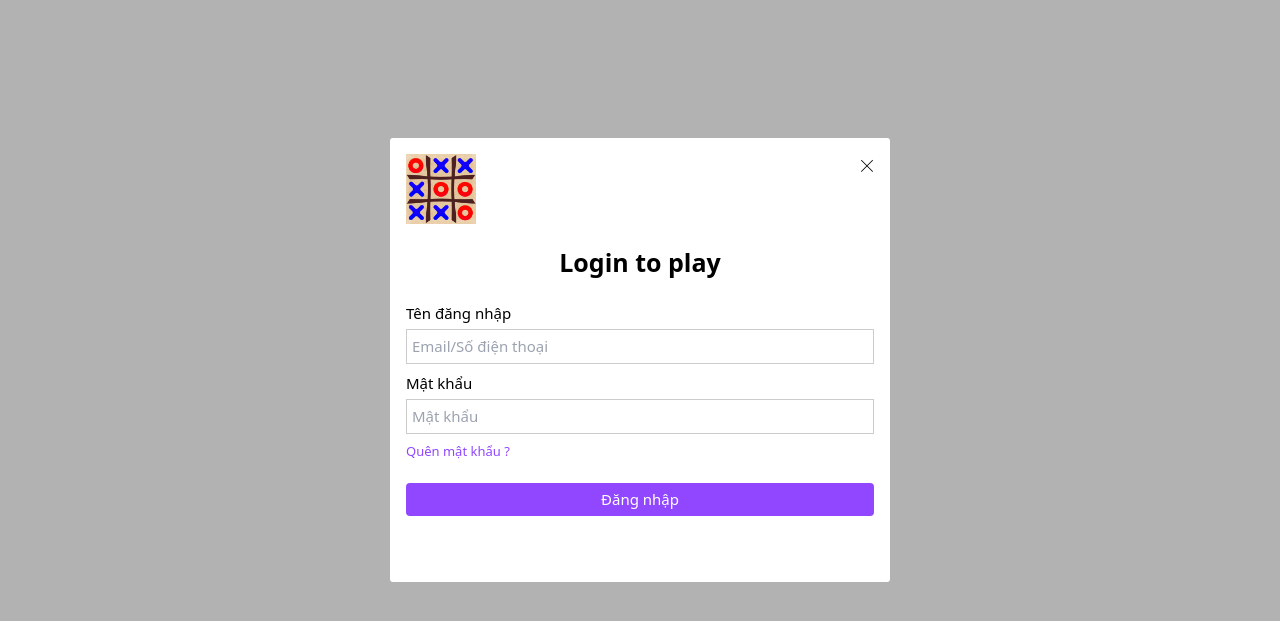
Repository: Teddy1705/demo_pj
Page: /
An editor plug-in stored every save of this project. The page is shown before and after the next save, followed by the edit.
The browser window is 1280 px wide. The pictures show the whole page.
The project was rebuilt for these pictures with package versions that can differ from the ones it lists, and the page was loaded fresh each time. Also part of the build but not shown: vite.config.js.

Above is the page before, as saved 2024-04-16 11:16:26.

### index.html
<!DOCTYPE html>
<html lang="en">
  <head>
    <meta charset="UTF-8" />
    <link rel="icon" type="image/svg+xml" href="/vite.svg" />
    <meta name="viewport" content="width=device-width, initial-scale=1.0" />
    <title>Tic Tac Toe</title>
    <link rel="stylesheet" href="./src/index.css" />
    <link
      rel="stylesheet"
      href="./src/assets/themify-icons/themify-icons.css"
    />
  </head>
  <body>
    <div id="root"></div>
    <script type="module" src="/src/main.jsx"></script>
  </body>
</html>

### src/index.css
:root {
  --white-color: #fff;
  --black-color: #000;
}

/*
1. Prevent padding and border from affecting element width. (https://github.com/mozdevs/cssremedy/issues/4)
2. Allow adding a border to an element by just adding a border-width. (https://github.com/tailwindcss/tailwindcss/pull/116)
*/

*,
::before,
::after {
  box-sizing: border-box;
  /* 1 */
  border-width: 0;
  /* 2 */
  border-style: solid;
  /* 2 */
  border-color: #e5e7eb;
  /* 2 */
}

::before,
::after {
  --tw-content: "";
}

/*
1. Use a consistent sensible line-height in all browsers.
2. Prevent adjustments of font size after orientation changes in iOS.
3. Use a more readable tab size.
4. Use the user's configured `sans` font-family by default.
5. Use the user's configured `sans` font-feature-settings by default.
6. Use the user's configured `sans` font-variation-settings by default.
7. Disable tap highlights on iOS
*/

html,
:host {
  line-height: 1.5;
  /* 1 */
  -webkit-text-size-adjust: 100%;
  /* 2 */
  -moz-tab-size: 4;
  /* 3 */
  -o-tab-size: 4;
  tab-size: 4;
  /* 3 */
  font-family: ui-sans-serif, system-ui, sans-serif, "Apple Color Emoji",
    "Segoe UI Emoji", "Segoe UI Symbol", "Noto Color Emoji";
  /* 4 */
  font-feature-settings: normal;
  /* 5 */
  font-variation-settings: normal;
  /* 6 */
  -webkit-tap-highlight-color: transparent;
  /* 7 */
}

/*
1. Remove the margin in all browsers.
2. Inherit line-height from `html` so users can set them as a class directly on the `html` element.
*/

body {
  margin: 0;
  /* 1 */
  line-height: inherit;
  /* 2 */
}

/*
1. Add the correct height in Firefox.
2. Correct the inheritance of border color in Firefox. (https://bugzilla.mozilla.org/show_bug.cgi?id=190655)
3. Ensure horizontal rules are visible by default.
*/

hr {
  height: 0;
  /* 1 */
  color: inherit;
  /* 2 */
  border-top-width: 1px;
  /* 3 */
}

/*
Add the correct text decoration in Chrome, Edge, and Safari.
*/

abbr:where([title]) {
  -webkit-text-decoration: underline dotted;
  text-decoration: underline dotted;
}

/*
Remove the default font size and weight for headings.
*/

h1,
h2,
h3,
h4,
h5,
h6 {
  font-size: inherit;
  font-weight: inherit;
}

/*
Reset links to optimize for opt-in styling instead of opt-out.
*/

a {
  color: inherit;
  text-decoration: inherit;
}

/*
Add the correct font weight in Edge and Safari.
*/

b,
strong {
  font-weight: bolder;
}

/*
1. Use the user's configured `mono` font-family by default.
2. Use the user's configured `mono` font-feature-settings by default.
3. Use the user's configured `mono` font-variation-settings by default.
4. Correct the odd `em` font sizing in all browsers.
*/

code,
kbd,
samp,
pre {
  font-family: ui-monospace, SFMono-Regular, Menlo, Monaco, Consolas,
    "Liberation Mono", "Courier New", monospace;
  /* 1 */
  font-feature-settings: normal;
  /* 2 */
  font-variation-settings: normal;
  /* 3 */
  font-size: 1em;
  /* 4 */
}

/*
Add the correct font size in all browsers.
*/

small {
  font-size: 80%;
}

/*
Prevent `sub` and `sup` elements from affecting the line height in all browsers.
*/

sub,
sup {
  font-size: 75%;
  line-height: 0;
  position: relative;
  vertical-align: baseline;
}

sub {
  bottom: -0.25em;
}

sup {
  top: -0.5em;
}

/*
1. Remove text indentation from table contents in Chrome and Safari. (https://bugs.chromium.org/p/chromium/issues/detail?id=999088, https://bugs.webkit.org/show_bug.cgi?id=201297)
2. Correct table border color inheritance in all Chrome and Safari. (https://bugs.chromium.org/p/chromium/issues/detail?id=935729, https://bugs.webkit.org/show_bug.cgi?id=195016)
3. Remove gaps between table borders by default.
*/

table {
  text-indent: 0;
  /* 1 */
  border-color: inherit;
  /* 2 */
  border-collapse: collapse;
  /* 3 */
}

/*
1. Change the font styles in all browsers.
2. Remove the margin in Firefox and Safari.
3. Remove default padding in all browsers.
*/

button,
input,
optgroup,
select,
textarea {
  font-family: inherit;
  /* 1 */
  font-feature-settings: inherit;
  /* 1 */
  font-variation-settings: inherit;
  /* 1 */
  font-size: 100%;
  /* 1 */
  font-weight: inherit;
  /* 1 */
  line-height: inherit;
  /* 1 */
  letter-spacing: inherit;
  /* 1 */
  color: inherit;
  /* 1 */
  margin: 0;
  /* 2 */
  padding: 0;
  /* 3 */
}

/*
Remove the inheritance of text transform in Edge and Firefox.
*/

button,
select {
  text-transform: none;
}

/*
1. Correct the inability to style clickable types in iOS and Safari.
2. Remove default button styles.
*/

button,
input:where([type="button"]),
input:where([type="reset"]),
input:where([type="submit"]) {
  -webkit-appearance: button;
  /* 1 */
  background-color: transparent;
  /* 2 */
  background-image: none;
  /* 2 */
}

/*
Use the modern Firefox focus style for all focusable elements.
*/

:-moz-focusring {
  outline: auto;
}

/*
Remove the additional `:invalid` styles in Firefox. (https://github.com/mozilla/gecko-dev/blob/2f9eacd9d3d995c937b4251a5557d95d494c9be1/layout/style/res/forms.css#L728-L737)
*/

:-moz-ui-invalid {
  box-shadow: none;
}

/*
Add the correct vertical alignment in Chrome and Firefox.
*/

progress {
  vertical-align: baseline;
}

/*
Correct the cursor style of increment and decrement buttons in Safari.
*/

::-webkit-inner-spin-button,
::-webkit-outer-spin-button {
  height: auto;
}

/*
1. Correct the odd appearance in Chrome and Safari.
2. Correct the outline style in Safari.
*/

[type="search"] {
  -webkit-appearance: textfield;
  /* 1 */
  outline-offset: -2px;
  /* 2 */
}

/*
Remove the inner padding in Chrome and Safari on macOS.
*/

::-webkit-search-decoration {
  -webkit-appearance: none;
}

/*
1. Correct the inability to style clickable types in iOS and Safari.
2. Change font properties to `inherit` in Safari.
*/

::-webkit-file-upload-button {
  -webkit-appearance: button;
  /* 1 */
  font: inherit;
  /* 2 */
}

/*
Add the correct display in Chrome and Safari.
*/

summary {
  display: list-item;
}

/*
Removes the default spacing and border for appropriate elements.
*/

blockquote,
dl,
dd,
h1,
h2,
h3,
h4,
h5,
h6,
hr,
figure,
p,
pre {
  margin: 0;
}

fieldset {
  margin: 0;
  padding: 0;
}

legend {
  padding: 0;
}

ol,
ul,
menu {
  list-style: none;
  margin: 0;
  padding: 0;
}

/*
Reset default styling for dialogs.
*/

dialog {
  padding: 0;
}

/*
Prevent resizing textareas horizontally by default.
*/

textarea {
  resize: vertical;
}

/*
1. Reset the default placeholder opacity in Firefox. (https://github.com/tailwindlabs/tailwindcss/issues/3300)
2. Set the default placeholder color to the user's configured gray 400 color.
*/

input::-moz-placeholder,
textarea::-moz-placeholder {
  opacity: 1;
  /* 1 */
  color: #9ca3af;
  /* 2 */
}

input::placeholder,
textarea::placeholder {
  opacity: 1;
  /* 1 */
  color: #9ca3af;
  /* 2 */
}

/*
Set the default cursor for buttons.
*/

button,
[role="button"] {
  cursor: pointer;
}

/*
Make sure disabled buttons don't get the pointer cursor.
*/

:disabled {
  cursor: default;
}

/*
1. Make replaced elements `display: block` by default. (https://github.com/mozdevs/cssremedy/issues/14)
2. Add `vertical-align: middle` to align replaced elements more sensibly by default. (https://github.com/jensimmons/cssremedy/issues/14#issuecomment-634934210)
   This can trigger a poorly considered lint error in some tools but is included by design.
*/

img,
svg,
video,
canvas,
audio,
iframe,
embed,
object {
  display: block;
  /* 1 */
  vertical-align: middle;
  /* 2 */
}

/*
Constrain images and videos to the parent width and preserve their intrinsic aspect ratio. (https://github.com/mozdevs/cssremedy/issues/14)
*/

img,
video {
  max-width: 100%;
  height: auto;
}

/* Make elements with the HTML hidden attribute stay hidden by default */

[hidden] {
  display: none;
}

*,
::before,
::after {
  --tw-border-spacing-x: 0;
  --tw-border-spacing-y: 0;
  --tw-translate-x: 0;
  --tw-translate-y: 0;
  --tw-rotate: 0;
  --tw-skew-x: 0;
  --tw-skew-y: 0;
  --tw-scale-x: 1;
  --tw-scale-y: 1;
  --tw-pan-x: ;
  --tw-pan-y: ;
  --tw-pinch-zoom: ;
  --tw-scroll-snap-strictness: proximity;
  --tw-gradient-from-position: ;
  --tw-gradient-via-position: ;
  --tw-gradient-to-position: ;
  --tw-ordinal: ;
  --tw-slashed-zero: ;
  --tw-numeric-figure: ;
  --tw-numeric-spacing: ;
  --tw-numeric-fraction: ;
  --tw-ring-inset: ;
  --tw-ring-offset-width: 0px;
  --tw-ring-offset-color: #fff;
  --tw-ring-color: rgb(59 130 246 / 0.5);
  --tw-ring-offset-shadow: 0 0 #0000;
  --tw-ring-shadow: 0 0 #0000;
  --tw-shadow: 0 0 #0000;
  --tw-shadow-colored: 0 0 #0000;
  --tw-blur: ;
  --tw-brightness: ;
  --tw-contrast: ;
  --tw-grayscale: ;
  --tw-hue-rotate: ;
  --tw-invert: ;
  --tw-saturate: ;
  --tw-sepia: ;
  --tw-drop-shadow: ;
  --tw-backdrop-blur: ;
  --tw-backdrop-brightness: ;
  --tw-backdrop-contrast: ;
  --tw-backdrop-grayscale: ;
  --tw-backdrop-hue-rotate: ;
  --tw-backdrop-invert: ;
  --tw-backdrop-opacity: ;
  --tw-backdrop-saturate: ;
  --tw-backdrop-sepia: ;
  --tw-contain-size: ;
  --tw-contain-layout: ;
  --tw-contain-paint: ;
  --tw-contain-style: ;
}

::backdrop {
  --tw-border-spacing-x: 0;
  --tw-border-spacing-y: 0;
  --tw-translate-x: 0;
  --tw-translate-y: 0;
  --tw-rotate: 0;
  --tw-skew-x: 0;
  --tw-skew-y: 0;
  --tw-scale-x: 1;
  --tw-scale-y: 1;
  --tw-pan-x: ;
  --tw-pan-y: ;
  --tw-pinch-zoom: ;
  --tw-scroll-snap-strictness: proximity;
  --tw-gradient-from-position: ;
  --tw-gradient-via-position: ;
  --tw-gradient-to-position: ;
  --tw-ordinal: ;
  --tw-slashed-zero: ;
  --tw-numeric-figure: ;
  --tw-numeric-spacing: ;
  --tw-numeric-fraction: ;
  --tw-ring-inset: ;
  --tw-ring-offset-width: 0px;
  --tw-ring-offset-color: #fff;
  --tw-ring-color: rgb(59 130 246 / 0.5);
  --tw-ring-offset-shadow: 0 0 #0000;
  --tw-ring-shadow: 0 0 #0000;
  --tw-shadow: 0 0 #0000;
  --tw-shadow-colored: 0 0 #0000;
  --tw-blur: ;
  --tw-brightness: ;
  --tw-contrast: ;
  --tw-grayscale: ;
  --tw-hue-rotate: ;
  --tw-invert: ;
  --tw-saturate: ;
  --tw-sepia: ;
  --tw-drop-shadow: ;
  --tw-backdrop-blur: ;
  --tw-backdrop-brightness: ;
  --tw-backdrop-contrast: ;
  --tw-backdrop-grayscale: ;
  --tw-backdrop-hue-rotate: ;
  --tw-backdrop-invert: ;
  --tw-backdrop-opacity: ;
  --tw-backdrop-saturate: ;
  --tw-backdrop-sepia: ;
  --tw-contain-size: ;
  --tw-contain-layout: ;
  --tw-contain-paint: ;
  --tw-contain-style: ;
}

#modal {
  position: fixed;
  top: 0;
  right: 0;
  bottom: 0;
  left: 0;
  display: flex;
  align-items: center;
  justify-content: center;
}

#modal .modal__overlay {
  position: absolute;
  width: 100%;
  height: 100%;
  background-color: rgba(0, 0, 0, 0.3);
}

#modal .modal__body {
  position: relative;
  background-color: var(--white-color);
  margin: auto;
  width: 500px;
  min-height: 300px;
  padding: 16px;
  border-radius: 3px;
}

.auth-form__logo-game {
  display: flex;
  align-items: center;
  width: 70px;
}

.auth-form__heading {
  font-size: 25px;
  font-weight: 700;
  text-align: center;
  margin: 20px 0;
}

.auth-form__close {
  position: absolute;
  top: 0;
  right: 0;
  font-size: 14px;
  padding: 18px 16px;
}

.auth-form__close:hover {
  background-color: #ccc;
  cursor: pointer;
}

.auth-form__info {
}

.auth-form__info-details {
}

.auth-form__label {
  display: block;
  font-size: 15px;
  font-weight: 500;
}

.auth-form__info-input {
  border: 1px solid #ccc;
  width: 100%;
  font-size: 15px;
  padding: 5px;
  margin: 5px 0 8px;
}

.auth-form__help {
  font-size: 13px;
  font-weight: 400;
  color: #9147ff;
  margin-bottom: 22px;
}

.auth-form__btn {
  width: 100%;
  background-color: #9147ff;
  color: #fff;
  font-size: 15px;
  font-weight: 500;
  padding: 5px;
  border-radius: 4px;
  margin-bottom: 50px;
}

### src/main.jsx
import React from "react";
import ReactDOM from "react-dom/client";
import App from "./App.jsx";
import { createBrowserRouter, RouterProvider } from "react-router-dom";
import Root from "./routes/root";
import "./index.css";

const router = createBrowserRouter([
  {
    path: "/",
    element: <Root />,
  },
]);

ReactDOM.createRoot(document.getElementById("root")).render(
  <React.StrictMode>
    <RouterProvider router={router} />
    <App />
  </React.StrictMode>
);

### src/routes/root.jsx
export default function Root() {
  return (
    <>
      <div id="modal">
        <div className="modal__overlay"></div>
        <div className="modal__body">
          <div className="auth-form__logo-game">
            <img src="/src/assets/tictactoe.png" alt="" />
          </div>
          <h1 className="auth-form__heading">Login to play</h1>
          <div className="auth-form__close">
            <i className="ti-close"></i>
          </div>
          <div className="auth-form__info">
            <div className="auth-form__info-details">
              <label htmlFor="" className="auth-form__label">
                Tên đăng nhập
              </label>
              <input
                type="text"
                className="auth-form__info-input"
                placeholder="Email/Số điện thoại"
              />
            </div>
            <div className="auth-form__info-details">
              <label htmlFor="" className="auth-form__label">
                Mật khẩu
              </label>
              <input
                type="password"
                className="auth-form__info-input"
                placeholder="Mật khẩu"
              />
            </div>
          </div>
          <div className="auth-form__help">Quên mật khẩu ?</div>
          <button className="auth-form__btn">
            <a
              href={`https://codesandbox.io/s/q2z497?file=%2Fsrc%2FApp.js&utm_medium=sandpack`}
              className=""
            >
              Đăng nhập
            </a>
          </button>
        </div>
      </div>
      <div id="detail"></div>
    </>
  );
}

Loaded but not shown: src/assets/themify-icons/themify-icons.css (common file); src/App.jsx (common file)

After the next save:
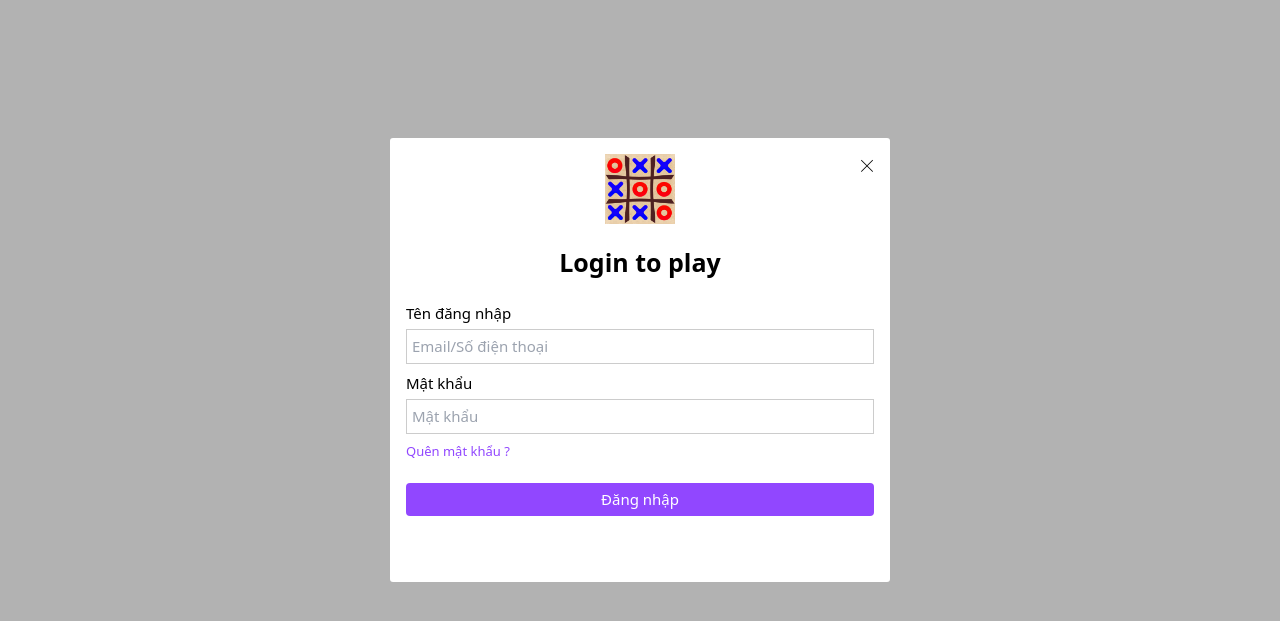
Saved 17 s later.
--- a/src/index.css
+++ b/src/index.css
@@ -590,7 +590,7 @@ video {
 
 .auth-form__logo-game {
   display: flex;
-  align-items: center;
+  margin: auto;
   width: 70px;
 }
 

After the save that followed:
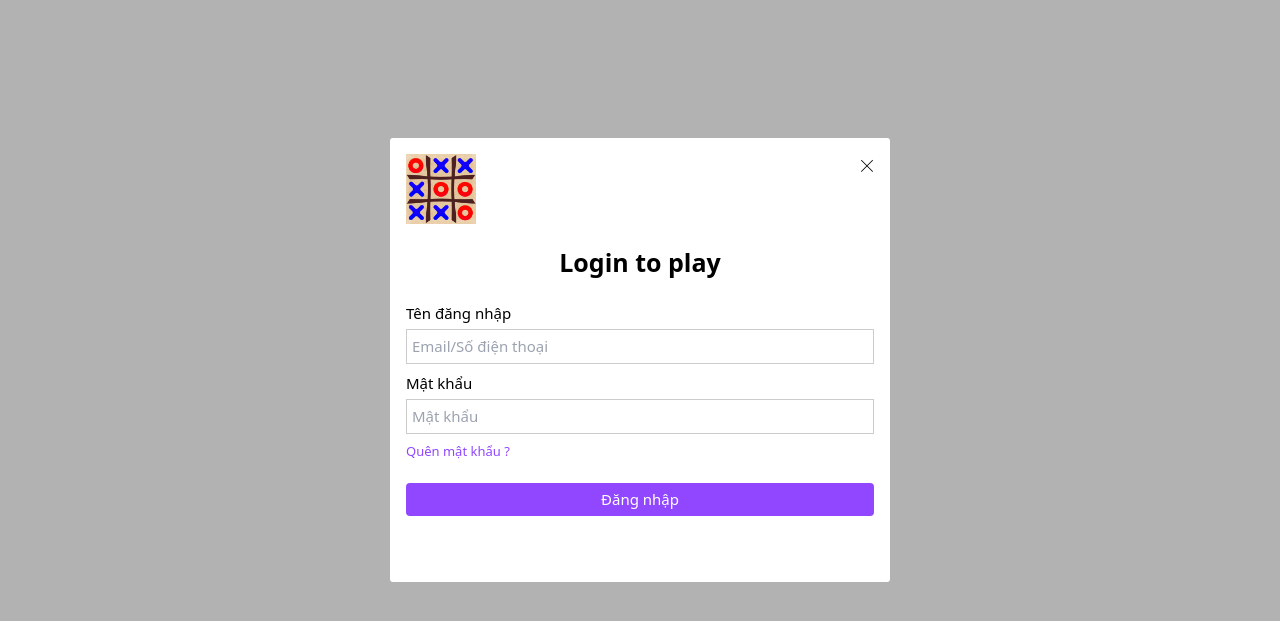
Saved 3 min 10 s later.
--- a/src/index.css
+++ b/src/index.css
@@ -590,7 +590,8 @@ video {
 
 .auth-form__logo-game {
   display: flex;
-  margin: auto;
+  align-items: center;
+  justify-content: center;
   width: 70px;
 }
 
